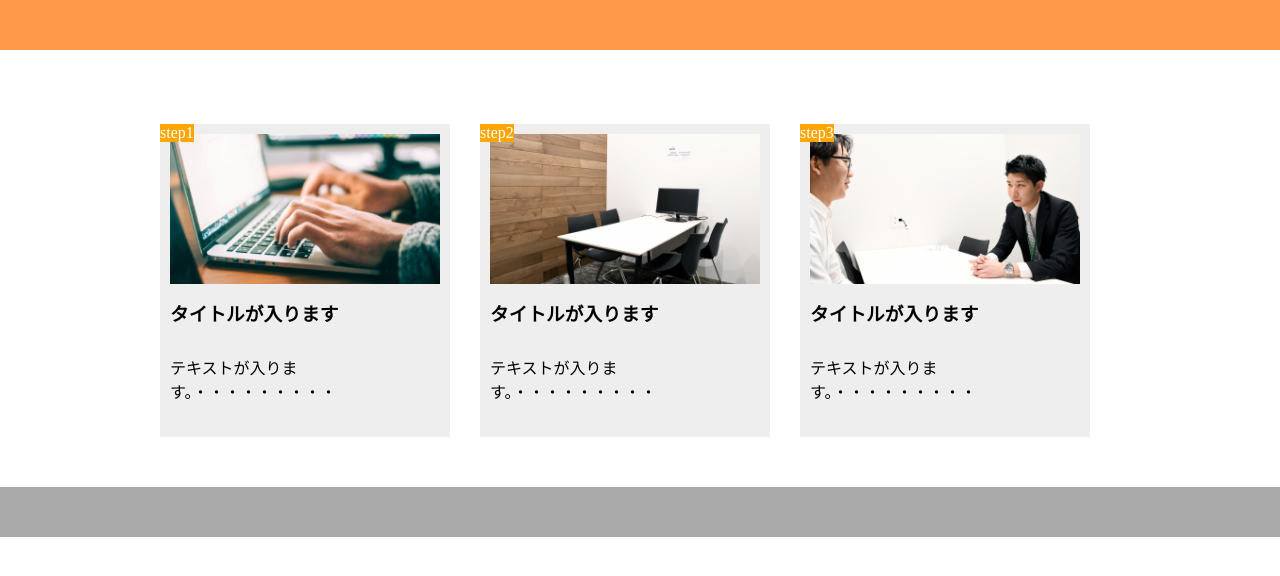
Repository: hahumanhugou/test1
Page: test1/test1.html
The author's editor kept a record of every edit. The page is drawn from the files as they stood at one moment, then again after the next edit.
The browser window is 1280 px wide. The pictures show the whole page.
Some web libraries are served in a nearby version.

Above is the page before.

### test1/test1.html
<!DOCTYPE html>
<html lang="ja">
  <head>
    <meta charset="UTF-8" />
    <meta name="viewport" content="width=device-width,initial-scale=1.0">
     <script src="https://kit.fontawesome.com/13adee6c96.js" crossorigin="anonymous"></script>
    <!-- CSSファイルの読み込み -->
    <link rel="stylesheet" href="test1.css" />
    <title>確認課題１</title>
  </head>

  <body>
    <!-- header -->
    <header>  </header>
 　<main>
      <div class="largebox">
        <div class="box">
         <div class="image"></div>
          <h3 class="title">タイトルが入ります</h3>
          　<p class="text">テキストが入ります。・・・・・・・・・ </p>
          　　<div class="step"><font color="white">step1</font></div>
          </div>
            <div class="box">
         <div class="image2"></div>
          <h3 class="title">タイトルが入ります</h3>
          　<p class="text">テキストが入ります。・・・・・・・・・ </p>
          　　<div class="step"><font color="white">step2</font></div>
          </div>
            <div class="box">
         <div class="image3"></div>
          <h3 class="title">タイトルが入ります</h3>
          　<p class="text">テキストが入ります。・・・・・・・・・ </p>
          　　<div class="step"><font color="white">step3</font></div>
          </div>



        </div>
    <footer></footer>
 </body>
</html>

### test1/test1.css
* {
  box-sizing: border-box;
  margin: 0;
  padding: 0;
}

header {
  height: 50px;
  background-color: #ff9a4b;
}


.largebox{
  width: 960px;
  margin: 50px auto;
  display: flex;
}

.box{
  width: 300px;
  margin-right: 30px;
  padding: 10px;
  position: relative;
  background-color: #eee;
}

.step-box:last-child {
  margin-right: 0;
}
.image{
  background-image: url(img/flow01.png);
  height: 150px;
  background-position: bottom;
  background-size: cover;
}

.image2{
  background-image: url(img/flow02.png);
  height: 150px;
  background-position: bottom;
  background-size: cover;
}
.image3{
  background-image: url(img/flow03.png);
  height: 150px;
  background-position: bottom;
  background-size: cover;
}

.title{
 margin: 15px 0 5px;
}


.step{
 position: absolute;
 background-color: orange;
 top: 0;
 left: 0;
}

footer {
  height: 50px;
  background-color: #aaa;
}

@media screen and (max-width: 768px) {

.largebox{
  width: 100%;
  display: block;
}

.box{
  width: 90%;
  margin-bottom: 20px;

}

.step-box:last-child {
  margin-bottom:  0;
}
.image{
 width: 90%;
}

.image2{
 width: 90%
}
.image3{
 width: 90%;
}



}

After the next edit:
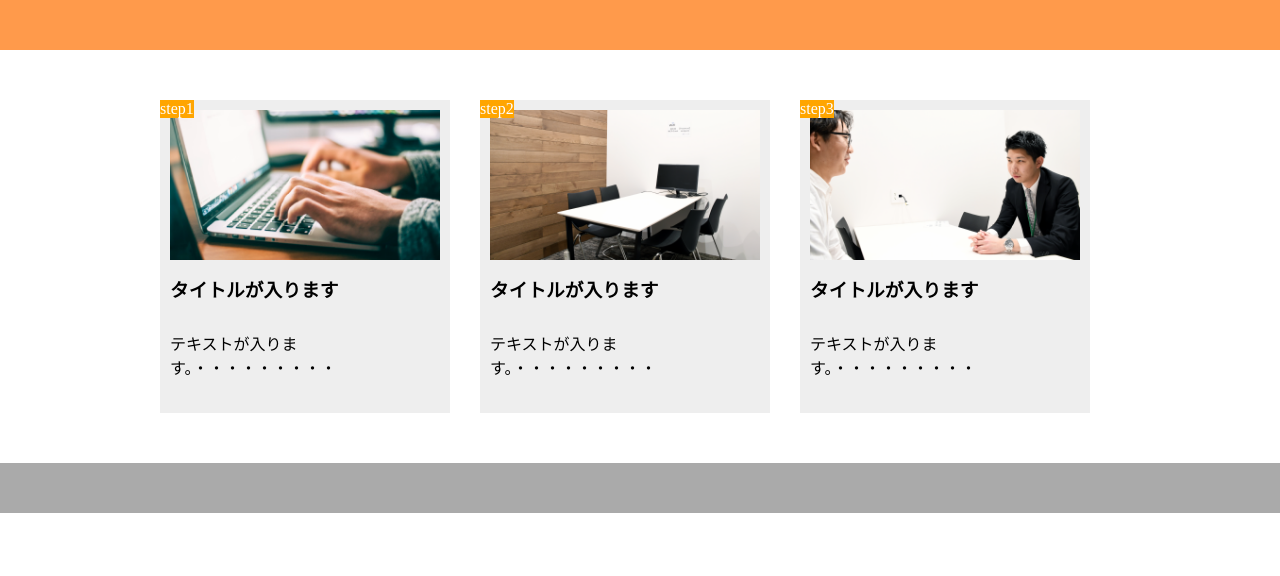
The edit:
--- a/test1/test1.html
+++ b/test1/test1.html
@@ -12,7 +12,6 @@
   <body>
     <!-- header -->
     <header>  </header>
- 　<main>
       <div class="largebox">
         <div class="box">
          <div class="image"></div>
